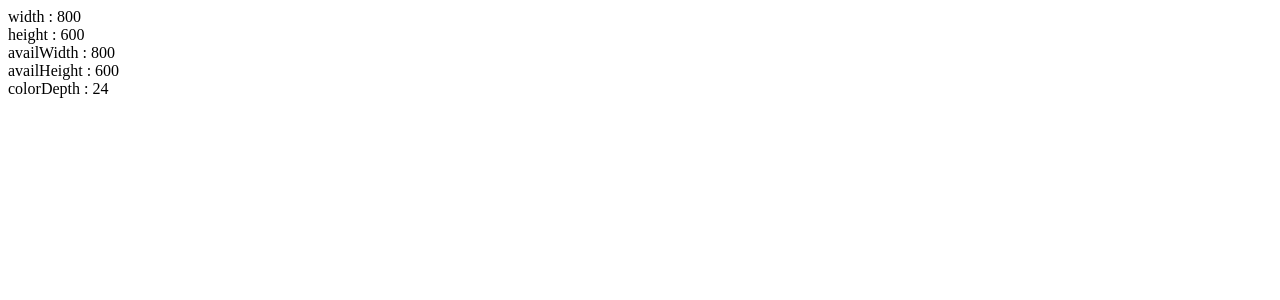
Repository: reddrinkbro/JSPStudy
Page: javascript/WebContent/4객체/scr_ob1.html
The author's editor kept a copy of each file at every save. The page is drawn from the files as they stood at one save, then again after the next save.
The browser window is 1280 px wide. The pictures show the whole page.

Above is the page before, as saved 2020-04-09 07:16:24.

### javascript/WebContent/4객체/scr_ob1.html
<!DOCTYPE html>
<html>
<head>
<meta charset="EUC-KR">
<title>Insert title here</title>


	<script type="text/javascript">
		document.write("width : " + screen.width,"<br/>");
		document.write("height : " + screen.height,"<br/>");
		document.write("availWidth : " + screen.availWidth,"<br/>");
		document.write("availHeight : " + screen.availHeight,"<br/>");
		document.write("colorDepth : " + screen.colorDepth,"<br/>");
	</script>
</head>
<body>

</body>
</html>

After the next save:
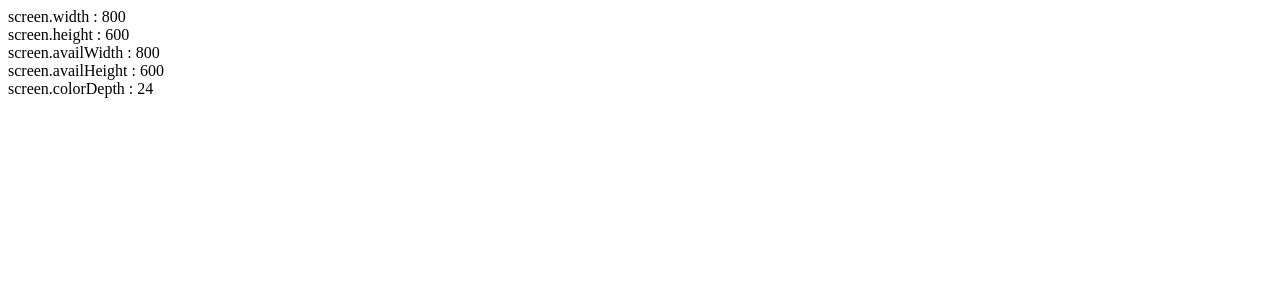
Saved 36 s later.
--- a/javascript/WebContent/4객체/scr_ob1.html
+++ b/javascript/WebContent/4객체/scr_ob1.html
@@ -6,11 +6,11 @@
 
 
 	<script type="text/javascript">
-		document.write("width : " + screen.width,"<br/>");
-		document.write("height : " + screen.height,"<br/>");
-		document.write("availWidth : " + screen.availWidth,"<br/>");
-		document.write("availHeight : " + screen.availHeight,"<br/>");
-		document.write("colorDepth : " + screen.colorDepth,"<br/>");
+		document.write("screen.width : " + screen.width,"<br/>");
+		document.write("screen.height : " + screen.height,"<br/>");
+		document.write("screen.availWidth : " + screen.availWidth,"<br/>");
+		document.write("screen.availHeight : " + screen.availHeight,"<br/>");
+		document.write("screen.colorDepth : " + screen.colorDepth,"<br/>");
 	</script>
 </head>
 <body>
